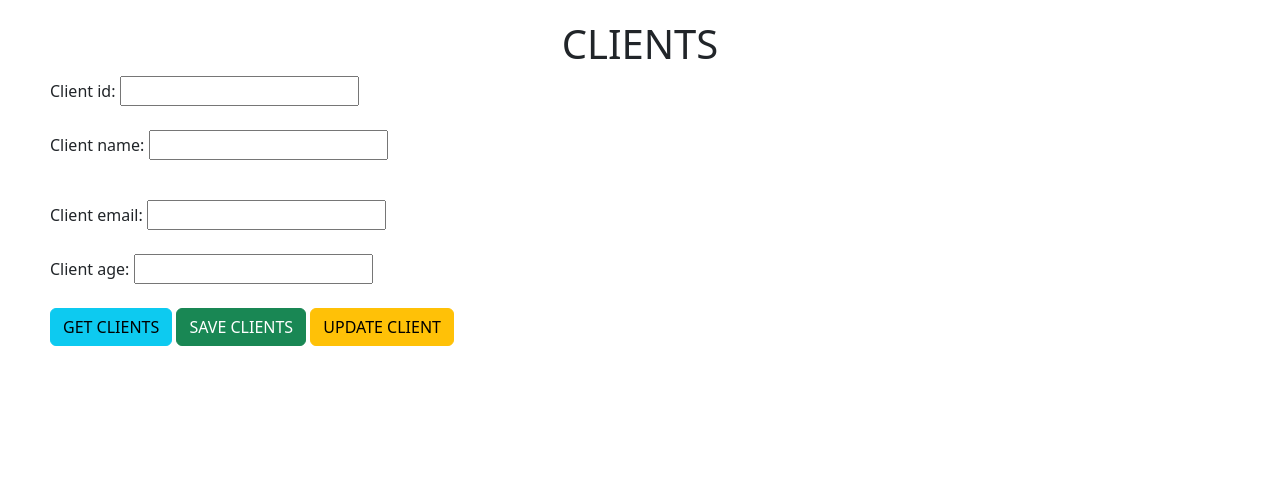
Repository: almendezl/MisionTIC
Page: index.html
The author's editor kept a copy of each file at every save. The page is drawn from the files as they stood at one save, then again after the next save.
The browser window is 1280 px wide. The pictures show the whole page.

Above is the page before, as saved 2022-10-01 21:33:48.

### index.html
<html lang="en">
<head>
    <meta charset="UTF-8">
    <meta http-equiv="X-UA-Compatible" content="IE=edge">
    <meta name="viewport" content="width=device-width, initial-scale=1.0">
    <link rel="stylesheet" href="styles.css">
    <title>MISION TIC 2022 RETO 2</title>
</head>
<!-- add jquery api -->
<script src="https://ajax.googleapis.com/ajax/libs/jquery/3.6.1/jquery.min.js"></script>
<!-- add bootstrap -->

<link href="https://cdn.jsdelivr.net/npm/bootstrap@5.2.1/dist/css/bootstrap.min.css" rel="stylesheet" integrity="sha384-iYQeCzEYFbKjA/T2uDLTpkwGzCiq6soy8tYaI1GyVh/UjpbCx/TYkiZhlZB6+fzT" crossorigin="anonymous">
<!-- add the file with the script -->
<script type="text/javascript" src="myScript.js"></script>
<body>
    <h1 class="text-center">CLIENTS</h1>
    <form action="">
        <div class="form-group">
            <label >Client id: </label>
            <input type="number" id="clientId"> <br> <br>
        </div>

        <div class="form-group">
            <label >Client name: </label>
            <input type="text" id="clientName"><br><br>
        </div>

    </form>




    Client email: <input type="text" id="clientEmail"><br><br>
    Client age: <input type="number" id="clientAge"><br><br>


    <button class="btn btn-info" onclick="getClients()">GET CLIENTS</button>

    <button class="btn btn-success" onclick="setClient()">SAVE CLIENTS</button>

    <button class="btn btn-warning" onclick="updateClient()">UPDATE CLIENT</button><br><br>

    <div id="clientsList">

    </div>



</body>
</html>

### styles.css
body {

    padding: 20px 50px;
  }

### myScript.js
function getClients(){

    $.ajax({
        url:'https://gbc0751b79176df-fy68ude9ajgxmklv.adb.us-ashburn-1.oraclecloudapps.com/ords/admin/client/client',
        type: 'GET',
        dataType: 'json',

        success: function(clients){
            console.log(clients);
            let cs= clients.items;
            //$('#clientsList').append("<h2>Clients List</h2>");
            $('#clientsList').empty();
            for(i = 0; i<cs.length; i++){
                $('#clientsList').append("<b>"+cs[i].id+" "+cs[i].name+" </b> "+cs[i].email+"   <button class='btn btn-danger' onclick='deleteClient("+cs[i].id+")'>DELETE</button>"+"<br>");
                //$('#clientsList').append();
            }

        },
        error: function(xhr, status){
            alert("A problem has occurred");
        },
        complete: function(xhr, status){
            //alert("Request made");
        }
    });

}

function setClient(){

    let clientId = $("#clientId").val();
    let clientName = $("#clientName").val();
    let clientEmail = $("#clientEmail").val();
    let clientAge = $("#clientAge").val();

    let data = {
        id: clientId,
        name: clientName,
        email: clientEmail,
        age: clientAge

    };

    let dataToSend = JSON.stringify(data);

    console.log(dataToSend);

    $.ajax({
        url:'https://gbc0751b79176df-fy68ude9ajgxmklv.adb.us-ashburn-1.oraclecloudapps.com/ords/admin/client/client',
        type: 'POST',
        //dataType: 'json',
        data: dataToSend,
         contentType: "application/json",

        success: function(json){
            console.log(json);
            //Clean the inputs
            $("#clientId").val('');
            $("#clientName").val('');
            $("#clientEmail").val('');
            $("#clientAge").val('');
            getClients();
        },
        error: function(xhr, status){
            //alert("A problem has occurred");

        },
        complete: function(xhr, status){
            //alert("Request made");

        }
    });

}

function updateClient(){
    let clientId = $("#clientId").val();
    let clientName = $("#clientName").val();
    let clientEmail = $("#clientEmail").val();
    let clientAge = $("#clientAge").val();

    let data = {
        id: clientId,
        name: clientName,
        email: clientEmail,
        age: clientAge

    };

    let dataToSend = JSON.stringify(data);

    console.log(dataToSend);

    $.ajax({
        url:'https://gbc0751b79176df-fy68ude9ajgxmklv.adb.us-ashburn-1.oraclecloudapps.com/ords/admin/client/client',
        type: 'PUT',
        //dataType: 'json',
        data: dataToSend,
        contentType: "application/json",

        success: function(json){
            console.log(json);
            //Clean the inputs
            $("#clientId").val('');
            $("#clientName").val('');
            $("#clientEmail").val('');
            $("#clientAge").val('');
            getClients();
        },
        error: function(xhr, status){
            //alert("A problem has occurred");

        },
        complete: function(xhr, status){
            //alert("Request made");

        }
    });
}

function deleteClient(clientId){


    let data = {
        id: clientId

    };

    let dataToSend = JSON.stringify(data);

    console.log(dataToSend);

    $.ajax({
        url:'https://gbc0751b79176df-fy68ude9ajgxmklv.adb.us-ashburn-1.oraclecloudapps.com/ords/admin/client/client',
        type: 'DELETE',
        //dataType: 'json',
        data: dataToSend,
        contentType: "application/json",

        success: function(json){
            console.log(json);
            //Clean the inputs
            $("#clientId").val('');
            $("#clientName").val('');
            $("#clientEmail").val('');
            $("#clientAge").val('');
            getClients();
        },
        error: function(xhr, status){
            //alert("A problem has occurred");

        },
        complete: function(xhr, status){
            //alert("Request made");

        }
    });
}

After the next save:
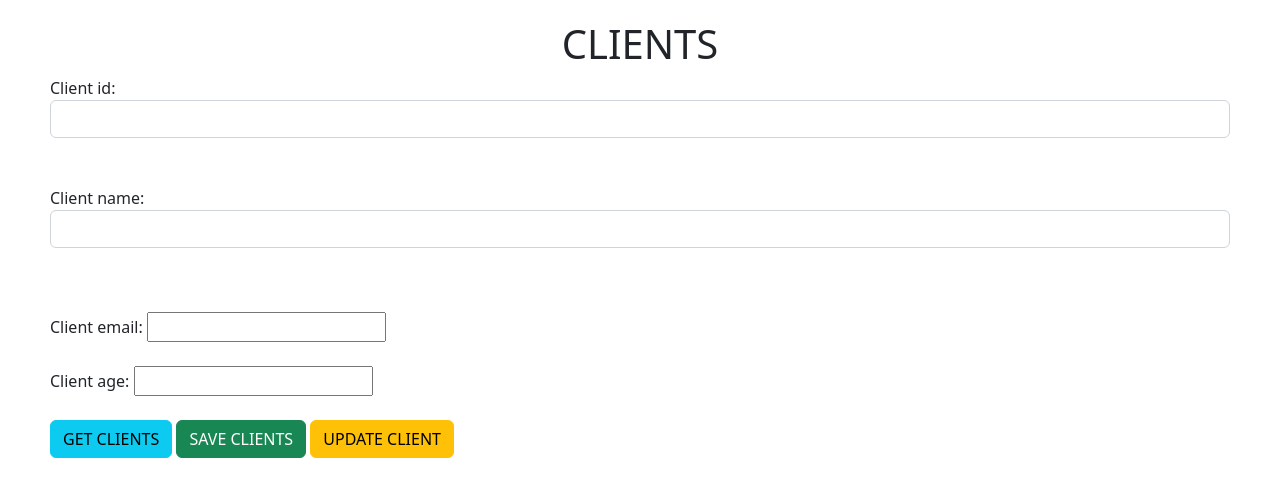
Saved 30 s later.
--- a/index.html
+++ b/index.html
@@ -18,12 +18,12 @@
     <form action="">
         <div class="form-group">
             <label >Client id: </label>
-            <input type="number" id="clientId"> <br> <br>
+            <input class="form-control" type="number" id="clientId"> <br> <br>
         </div>
 
         <div class="form-group">
             <label >Client name: </label>
-            <input type="text" id="clientName"><br><br>
+            <input class="form-control" type="text" id="clientName"><br><br>
         </div>
 
     </form>
